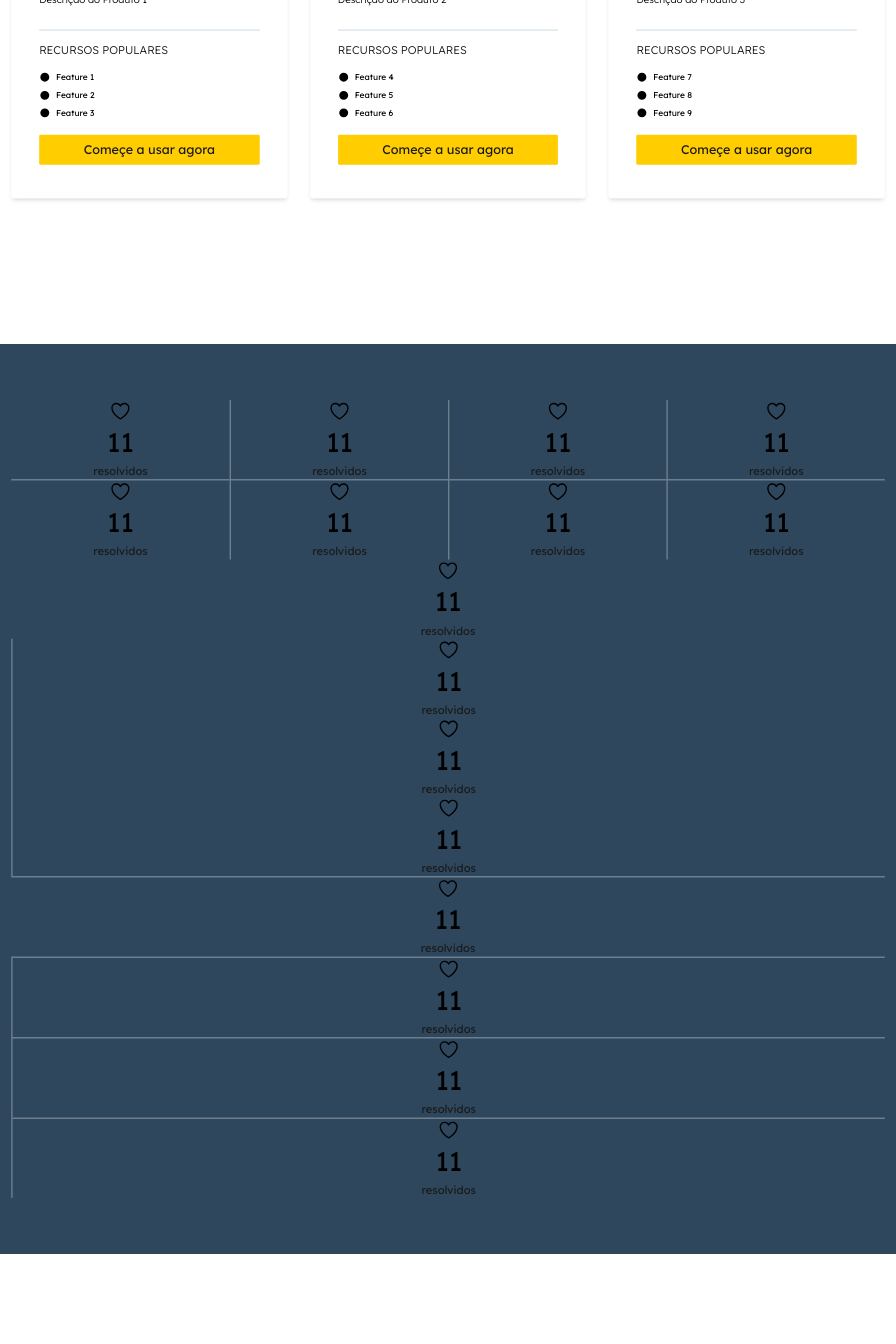
Repository: VereAbsolutum/site-institucional
Page: /
These files come from the project's save history. The page is drawn as it stood at one moment and after a run of saves; the edit follows.
The browser window is 1280 px wide. The pictures show the part of the page from y = 1208 to 3128 px (the page is 3128 px tall before and 2216 px after), at 70% of full size.
The project was rebuilt for these pictures with package versions that can differ from the ones it lists, and the page was loaded fresh each time. Also part of the build but not shown: vite.config.ts, src/presentation/components/buttons/button-base.tsx, src/presentation/components/buttons/button-border-primary.tsx, src/presentation/components/buttons/button-primary.tsx, src/presentation/components/links/link-border-white.tsx, src/presentation/components/typography/heading3.tsx, src/presentation/pages/not-found/notFound.tsx.

Above is the page before, as saved 2023-04-15 23:29:26.

### src/App.tsx
import React from 'react'
import { BrowserRouter, Routes, Route } from "react-router-dom"
import { Home, NotFound } from './presentation/pages'

const App: React.FC = () => {
  return (
    <BrowserRouter >
      <Routes>
        <Route path='/' element={<Home />} />
        <Route path='*' element={<NotFound />} />
      </Routes>
    </BrowserRouter>
  )
}

export default App

### src/index.css
@import url('https://fonts.googleapis.com/css2?family=Lexend+Deca:wght@300;400&family=Manrope:wght@800&family=Playfair+Display:wght@500&display=swap');

@tailwind base;
@tailwind components;
@tailwind utilities;

### src/presentation/pages/index.ts
export { default as Home } from './home/home'
export { default as NotFound } from './not-found/notFound'

### src/presentation/pages/home/home.tsx
import { HeartIcon } from '@heroicons/react/24/outline';
import React from 'react';
import { GridItem, Header, LinkBorderPrimary, LinkPrimary, TextDisplay, TextHeading1, TextHeading2, TextHeading3, TextMenu, TextParagraph } from '../../components';
import ProductCard from '../../components/card/product-card';
import { productCardData } from './components';

const home: React.FC = () => {
    return (
        <>
            <Header />
            <main>
                <section className='container py-12 mb-12'>
                    <div className='grid grid-cols-1 sm:grid-cols-2'>
                        <div className='grid grid-cols-1 gap-4 order-2 sm:order-1'>
                            <h1>
                                <TextDisplay>
                                    Cresça com mais qualidade com a SCordon
                                </TextDisplay>
                            </h1>
                            <p className='mb-4 pr-12'>
                                <TextParagraph>
                                    Softwares robustos e intuitivos. Integre seus dados, colaboradores e clientes em uma plataforma de CRM escalável que evolui junto com o seu negócio.
                                </TextParagraph>
                            </p>
                            <div>
                                <LinkPrimary className='py-4 block md:inline-block text-center lg:text-left hidden'>
                                    Começe agora e peça uma demonstração
                                </LinkPrimary>
                                <LinkPrimary className='py-4 block md:hidden text-center lg:text-left'>
                                    Peça uma demonstração
                                </LinkPrimary>
                            </div>
                        </div>
                        <div className='flex justify-center items-center order-1 sm:order-2'>
                            <svg xmlns="http://www.w3.org/2000/svg" width="150" height="150" viewBox="0 0 24 24" fill="none" stroke="currentColor" strokeWidth="2" strokeLinecap="round" strokeLinejoin="round" className="w-full h-auto sm:max-w-sm">
                                <rect x="2" y="3" width="20" height="14" rx="2" ry="2"></rect>
                                <path d="M22 5H20L12 13L4 5H2"></path>
                                <line x1="2" y1="19" x2="22" y2="19"></line>
                                <line x1="7" y1="19" x2="7" y2="21"></line>
                                <line x1="17" y1="19" x2="17" y2="21"></line>
                            </svg>
                        </div>
                    </div>
                </section>


                <section className='container py-20'>
                    <div className='text-center lg:px-36'>
                        <h2 className='mb-6'>
                            <TextHeading2>
                                Quem é a SCordon
                            </TextHeading2>
                        </h2>
                        <p className='mb-10'>
                            <TextParagraph>
                                A Sistemas CORDON é especializada no setor de TI, criando soluções inovadoras para as áreas administrativa e comercial. Voltada para as demandas do mercado, desenvolve ferramentas que solucionam de maneira eficaz os desafios apresentados, destacando-se principalmente em sistemas voltados para a administração de bens e contratos.
                            </TextParagraph>
                        </p>

                        <div className='flex flex-col sm:flex-row sm:justify-center gap-4'>
                            <LinkPrimary className='py-2'>
                                <TextMenu>
                                    Peça uma demonstração
                                </TextMenu>
                            </LinkPrimary>
                            <LinkBorderPrimary className='py-2'>
                                <TextMenu>
                                    Conheça mais a SCordon
                                </TextMenu>
                            </LinkBorderPrimary>
                        </div>
                    </div>
                </section>

                <section className='container py-20 mb-32'>
                    <div className='grid grid-cols-1 gap-8 md:grid-cols-2 lg:grid-cols-3'>
                        {productCardData && productCardData.map((data, index) =>
                            <ProductCard key={index} {...data} />
                        )}
                    </div>
                </section>

                {/* <section className='container py-20 mb-32'>
                    <div className='grid grid-cols-2 md:grid-cols-4 gap-6'>
                        <div className='flex flex-col items-center'>
                            <p>
                                <HeartIcon className="w-8 h-auto text-blue-500" />
                            </p>
                            <h3>
                                <TextHeading1>11</TextHeading1>
                            </h3>
                            <p>
                                <TextParagraph className='font-500'>
                                    resolvidos
                                </TextParagraph>
                            </p>
                        </div>

                        <div className='flex flex-col items-center'>
                            <p>
                                <HeartIcon className="w-8 h-auto text-blue-500" />
                            </p>
                            <h3>
                                <TextHeading1>11</TextHeading1>
                            </h3>
                            <p>
                                <TextParagraph className='font-500'>
                                    resolvidos
                                </TextParagraph>
                            </p>
                        </div>

                        <div className='flex flex-col items-center'>
                            <p>
                                <HeartIcon className="w-8 h-auto text-blue-500" />
                            </p>
                            <h3>
                                <TextHeading1>11</TextHeading1>
                            </h3>
                            <p>
                                <TextParagraph className='font-500'>
                                    resolvidos
                                </TextParagraph>
                            </p>
                        </div>

                        <div className='flex flex-col items-center'>
                            <p>
                                <HeartIcon className="w-8 h-auto text-blue-500" />
                            </p>
                            <h3>
                                <TextHeading1>11</TextHeading1>
                            </h3>
                            <p>
                                <TextParagraph className='font-500'>
                                    resolvidos
                                </TextParagraph>
                            </p>
                        </div>

                        <div className='flex flex-col items-center'>
                            <p>
                                <HeartIcon className="w-8 h-auto text-blue-500" />
                            </p>
                            <h3>
                                <TextHeading1>11</TextHeading1>
                            </h3>
                            <p>
                                <TextParagraph className='font-500'>
                                    resolvidos
                                </TextParagraph>
                            </p>
                        </div>

                        <div className='flex flex-col items-center'>
                            <p>
                                <HeartIcon className="w-8 h-auto text-blue-500" />
                            </p>
                            <h3>
                                <TextHeading1>11</TextHeading1>
                            </h3>
                            <p>
                                <TextParagraph className='font-500'>
                                    resolvidos
                                </TextParagraph>
                            </p>
                        </div>

                        <div className='flex flex-col items-center'>
                            <p>
                                <HeartIcon className="w-8 h-auto text-blue-500" />
                            </p>
                            <h3>
                                <TextHeading1>11</TextHeading1>
                            </h3>
                            <p>
                                <TextParagraph className='font-500'>
                                    resolvidos
                                </TextParagraph>
                            </p>
                        </div>

                        <div className='flex flex-col items-center'>
                            <p>
                                <HeartIcon className="w-8 h-auto text-blue-500" />
                            </p>
                            <h3>
                                <TextHeading1>11</TextHeading1>
                            </h3>
                            <p>
                                <TextParagraph className='font-500'>
                                    resolvidos
                                </TextParagraph>
                            </p>
                        </div>
                    </div>
                </section> */}


                {/* <section className="container py-20 mb-32 bg-blue">
                    <div className="grid grid-cols-2 md:grid-cols-4 gap-0">
                        {Array.from({ length: 8 }, (_, i) => (
                            <div
                                key={i}
                                className={`flex flex-col items-center ${i % 2 !== 0 ? "border-l-2" : ""
                                    } ${Math.floor(i / 2) !== 0 ? "border-t-2" : "border-t-0"
                                    } ${i % 4 !== 0 ? "sm:border-l-2" : ""
                                    } ${Math.floor(i / 4) !== 0 ? "sm:border-t-2" : ""
                                    }
                                    border-white border-opacity-30`}
                            >
                                <p>
                                    <HeartIcon className="w-8 h-auto text-blue-500" />
                                </p>
                                <h3>
                                    <TextHeading1>11</TextHeading1>
                                </h3>
                                <p>
                                    <TextParagraph className="font-500">resolvidos</TextParagraph>
                                </p>
                            </div>
                        ))}
                    </div>
                </section> */}

                <section className="container py-20 mb-32 bg-blue">
                    <div className="grid grid-cols-2 md:grid-cols-4 gap-0">
                        {Array.from({ length: 8 }, (_, i) => (
                            <div
                                key={i}
                                className={`flex flex-col items-center ${i % 2 !== 0 ? "border-l-2" : ""
                                    } ${Math.floor(i / 2) !== 0 ? "border-t-2 sm:border-t-0" : ""
                                    } ${i % 4 !== 0 && i >= 2 ? "md:border-l-2" : ""
                                    } ${Math.floor(i / 4) !== 0 ? "md:border-t-2" : ""
                                    }
        border-white border-opacity-30`}
                            >
                                <p>
                                    <HeartIcon className="w-8 h-auto text-blue-500" />
                                </p>
                                <h3>
                                    <TextHeading1>11</TextHeading1>
                                </h3>
                                <p>
                                    <TextParagraph className="font-500">resolvidos</TextParagraph>
                                </p>
                            </div>
                        ))}
                    </div>

                    {Array.from({ length: 8 }, (_, i) => (
                        <GridItem index={i} key={i} />
                    ))}
                </section>



            </main>
        </>
    );
};

export default home;

### src/presentation/pages/home/components/index.ts
export * from './product-card-data'

### src/presentation/components/links/link-base.tsx
import React from 'react';

export type LinkBaseProps = React.AnchorHTMLAttributes<HTMLAnchorElement> & {
    className?: string;
};

const linkBase: React.FC<LinkBaseProps> = ({ children, className, ...rest }) => {
    const baseClasses =
        'duration-500 ease-in-out font-semibold cursor-pointer rounded-sm hover:bg-blue-700 focus:outline-none focus:ring-2 focus:ring-blue-400 focus:ring-opacity-75';

    return (
        <a className={`${baseClasses} ${className}`} {...rest}>
            {children}
        </a>
    );
};

export default linkBase;

### src/presentation/components/links/link-primary.tsx
// FilledButton.tsx
import React from 'react';
import { LinkBase } from '..';
import { LinkBaseProps } from './link-base';

const linkPrimary: React.FC<LinkBaseProps> = ({ className, ...rest }) => {
    const baseClasses = 'px-4 py-1 text-lg font-400 text-black duration-100 bg-yellow hover:bg-opacity-40 ';

    return <LinkBase className={`${baseClasses} ${className}`} {...rest} />;
};

export default linkPrimary;

### src/presentation/components/links/link-border-primary.tsx
// FilledButton.tsx
import React from 'react';
import { LinkBase } from '..';
import { LinkBaseProps } from './link-base';

const linkBorderPrimary: React.FC<LinkBaseProps> = ({ className, ...rest }) => {
    const baseClasses = 'px-4 py-1 hover:bg-yellow-300 duration-500 ease-in-out border border-solid border-2 border-yellow bg-transparent border text-blue-500';

    return <LinkBase className={`${baseClasses} ${className}`} {...rest} />;
};

export default linkBorderPrimary;

### src/presentation/components/typography/text-base.tsx
import React from 'react';

export type TextBaseProps = React.HTMLAttributes<HTMLSpanElement> & {
    className?: string;
};

const textBase: React.FC<TextBaseProps> = ({ children, className, ...rest }) => {
    const baseClasses = '';

    return (
        <span className={`${baseClasses} ${className}`} {...rest}>
            {children}
        </span>
    );
};

export default textBase;

### src/presentation/components/typography/display.tsx
import React from 'react';
import { TextBase } from '..';
import { TextBaseProps } from './text-base';

const textDisplay: React.FC<TextBaseProps> = ({ children, className, ...rest }) => {
    const baseClasses = 'text-[2.25rem] lg:text-3xl sm:pr-2 font-medium leading-tight font-display';

    return (
        <TextBase className={`${baseClasses} ${className}`} {...rest}>
            {children}
        </TextBase>
    );
};

export default textDisplay;

### src/presentation/components/typography/heading1.tsx
import React from 'react';
import { TextBase } from '..';
import { TextBaseProps } from './text-base';

const textHeading1: React.FC<TextBaseProps> = ({ children, className, ...rest }) => {
    const baseClasses = 'text-2xl font-semibold';

    return (
        <TextBase className={baseClasses}>
            {children}
        </TextBase>
    );
};

export default textHeading1;

### src/presentation/components/typography/heading2.tsx
import React from 'react';
import { TextBase } from '..';
import { TextBaseProps } from './text-base';

const textHeading2: React.FC<TextBaseProps> = ({ children, className, ...rest }) => {
    const baseClasses = 'text-xxl font-semibold';

    return (
        <TextBase className={baseClasses}>
            {children}
        </TextBase>
    );
};

export default textHeading2;

### src/presentation/components/typography/paragraph.tsx
import React from 'react';
import { TextBase } from '..';
import { TextBaseProps } from './text-base';

const textParagraph: React.FC<TextBaseProps> = ({ children, className, ...rest }) => {
    const baseClasses = 'text-base font-300 text-black';

    return (
        <TextBase className={`${baseClasses} ${className}`} {...rest}>
            {children}
        </TextBase>
    );
};

export default textParagraph;

### src/presentation/components/typography/paragraph-small.tsx
import React from 'react';
import { TextBase } from '..';
import { TextBaseProps } from './text-base';

const textParagraphSmall: React.FC<TextBaseProps> = ({ children, className, ...rest }) => {
    const baseClasses = 'text-sm font-300';

    return (
        <TextBase className={baseClasses} {...rest}>
            {children}
        </TextBase>
    );
};

export default textParagraphSmall;

### src/presentation/components/typography/caption.tsx
import React from 'react';
import { TextBase } from '..';
import { TextBaseProps } from './text-base';

const textCapiton: React.FC<TextBaseProps> = ({ children, className, ...rest }) => {
    const baseClasses = 'text-xs font-500';

    return (
        <TextBase className={baseClasses} {...rest}>
            {children}
        </TextBase>
    );
};

export default textCapiton;

### src/presentation/components/typography/menu.tsx
import React from 'react';
import { TextBase } from '..';
import { TextBaseProps } from './text-base';

const textMenu: React.FC<TextBaseProps> = ({ children, className, ...rest }) => {
    const baseClasses = 'text-lg font-500';

    return (
        <TextBase className={`${baseClasses} ${className}`} {...rest}>
            {children}
        </TextBase>
    );
};

export default textMenu;

### src/presentation/components/list/list.tsx
import React, { ReactNode } from 'react'
import { TextCaption } from '..'
import { Item } from './components'

export type ListProps = {
    items: string[]
}

const List: React.FC<ListProps> = ({ items }) => {
    return (
        <ul>
            {items && items.map((item, index) =>
                <Item key={index} value={item} />
            )}
        </ul>
    )
}

export default List

### src/presentation/components/grid/grid-item.tsx
import { HeartIcon } from "@heroicons/react/24/outline";
import { Children, ReactNode } from "react";
import { TextHeading1, TextParagraph } from "..";

export type GridItemProps = {
    index: number
}

const gridItem: React.FC<GridItemProps> = ({ index }) => {
    const borderClasses = () => {
        let classes = 'border-white border-opacity-30';

        if (index % 2 !== 0) {
            classes += ' border-l-2';
        }
        if (Math.floor(index / 2) !== 0) {
            classes += ' border-t-2 sm:border-t-0';
        }
        if (index % 4 !== 0 && index >= 2) {
            classes += ' md:border-l-2';
        }
        if (Math.floor(index / 4) !== 0) {
            classes += ' md:border-t-2';
        }

        return classes;
    };

    return (
        <div className={`flex flex-col items-center ${borderClasses()}`}>
            <p>
                <HeartIcon className="w-8 h-auto text-blue-500" />
            </p>
            <h3>
                <TextHeading1>11</TextHeading1>
            </h3>
            <p>
                <TextParagraph className="font-500">resolvidos</TextParagraph>
            </p>
        </div>
    );
};

export default gridItem

### src/presentation/pages/home/components/product-card-data.ts
import { ProductCardProps } from "../../../components/card/product-card";

export const productCardData: ProductCardProps[] = [
    {
        imageUrl: 'https://example.com/image1.jpg',
        title: 'CdAdm Web 1',
        description: 'Descrição do Produto 1',
        features: ['Feature 1', 'Feature 2', 'Feature 3'],
        ctaText: 'Começe a usar agora',
        ctaHref: '/get-started-1',
    },
    {
        imageUrl: 'https://example.com/image2.jpg',
        title: 'CdAdm Web 2',
        description: 'Descrição do Produto 2',
        features: ['Feature 4', 'Feature 5', 'Feature 6'],
        ctaText: 'Começe a usar agora',
        ctaHref: '/get-started-2',
    },
    {
        imageUrl: 'https://example.com/image3.jpg',
        title: 'CdAdm Web 3',
        description: 'Descrição do Produto 3',
        features: ['Feature 7', 'Feature 8', 'Feature 9'],
        ctaText: 'Começe a usar agora',
        ctaHref: '/get-started-3',
    },
];

### src/presentation/components/header/components/index.ts
export { default as MobileMenu } from './mobile-menu'
export { default as MainMenu } from './main-menu'

### src/presentation/components/list/components/index.ts
export { default as Item } from './item'

### src/presentation/components/list/components/item.tsx
import React, { ReactNode } from 'react';
import { TextCaption } from '../..';

export type Item = {
    value: ReactNode
}

const item: React.FC<Item> = ({ value }) => {
    return (
        <li className='list-none flex items-center mb-1'>
            <svg className="w-4 h-4 mr-2 text-green-500 h-[1.35rem]" viewBox="0 0 20 20" fill="currentColor">
                <path d="M10 18a8 8 0 100-16 8 8 0 000 16zm1-13a1 1 0 10-2 0v4a1 1 0 00.293.707l2.828 2.829a1 1 0 101.415-1.415L11 9.586V5z"></path>
            </svg>
            <TextCaption>
                {value}
            </TextCaption>
        </li>
    );
};

export default item;

Loaded but not shown: index.html (common file); src/main.tsx (common file); tailwind.config.js (53 lines, source omitted); src/presentation/components/header/components/mobile-menu.tsx (118 lines, source omitted); src/presentation/components/header/components/main-menu.tsx (79 lines, source omitted); src/presentation/components/header/header.tsx (86 lines, source omitted); src/presentation/components/card/product-card.tsx (48 lines, source omitted); src/presentation/components/index.ts (24 lines, source omitted)

After the next 2 saves:
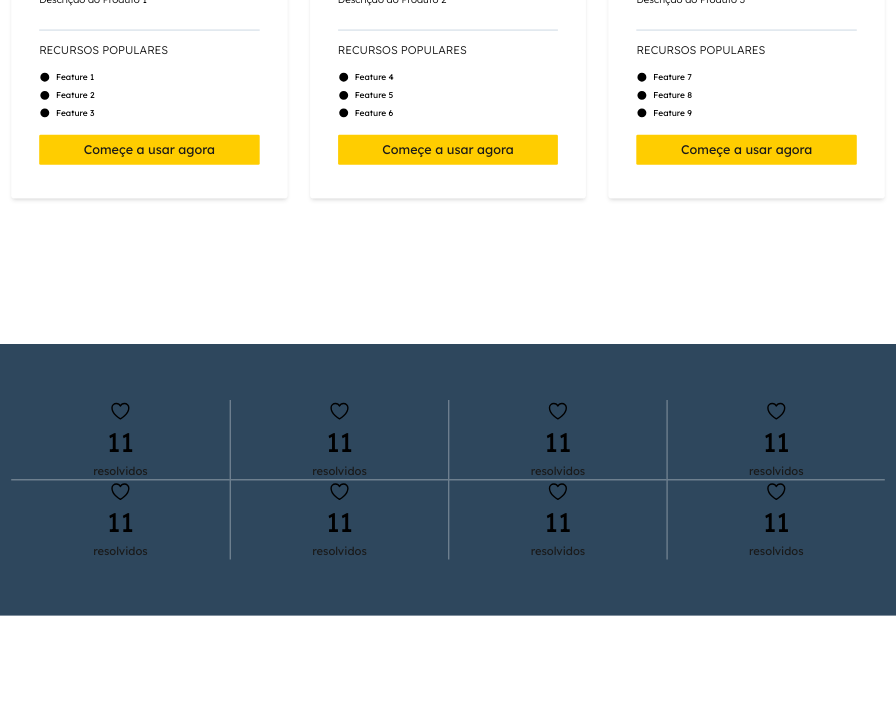
The 2 saves are shown as one change because they came seconds apart.
The last was saved 8 min 59 s later.
--- a/src/presentation/pages/home/home.tsx
+++ b/src/presentation/pages/home/home.tsx
@@ -225,7 +225,7 @@ const home: React.FC = () => {
 
                 <section className="container py-20 mb-32 bg-blue">
                     <div className="grid grid-cols-2 md:grid-cols-4 gap-0">
-                        {Array.from({ length: 8 }, (_, i) => (
+                        {/* {Array.from({ length: 8 }, (_, i) => (
                             <div
                                 key={i}
                                 className={`flex flex-col items-center ${i % 2 !== 0 ? "border-l-2" : ""
@@ -245,12 +245,14 @@ const home: React.FC = () => {
                                     <TextParagraph className="font-500">resolvidos</TextParagraph>
                                 </p>
                             </div>
+                        ))} */}
+
+                        {Array.from({ length: 8 }, (_, i) => (
+                            <GridItem index={i} key={i} />
                         ))}
                     </div>
 
-                    {Array.from({ length: 8 }, (_, i) => (
-                        <GridItem index={i} key={i} />
-                    ))}
+
                 </section>
 
 
